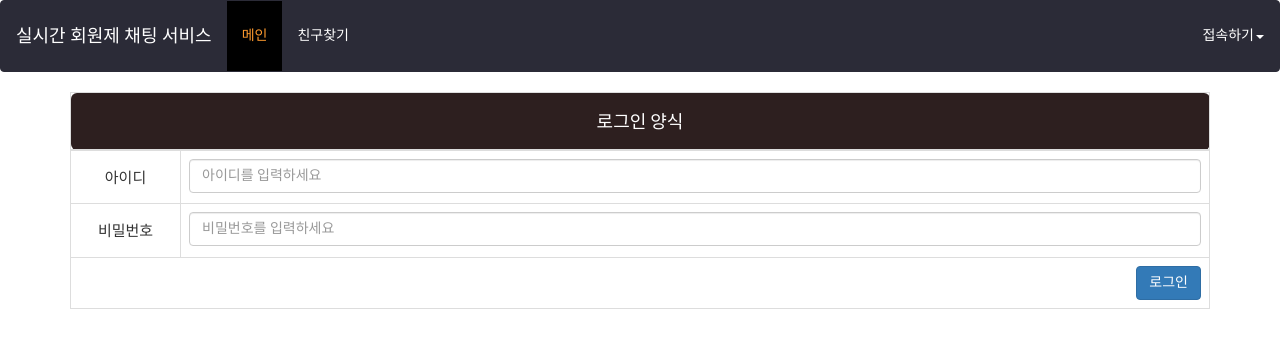
Repository: kkoseunghyun/javaAjaxChat
Page: http://localhost/UserChat/login.jsp
The author's editor kept a copy of each file at every save. The page is drawn from the files as they stood at one save, then again after the next save.
The browser window is 1280 px wide. The pictures show the whole page.
Some web fonts or font styles are not loaded; a fallback is used. Some web libraries are served in a nearby version. The page is served by Tomcat 9.

Above is the page before, as saved 2019-05-31 01:53:53.

After the next save:
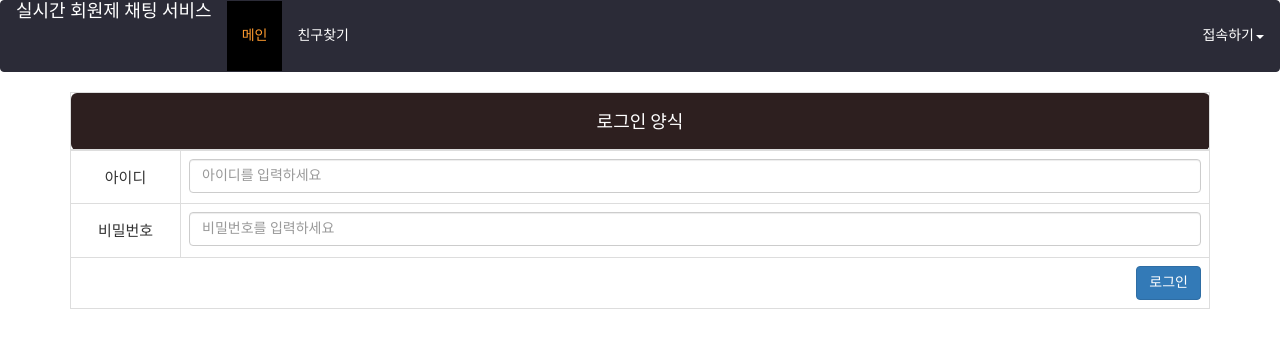
Saved 25 s later.
--- a/JspAjax/UserChat/WebContent/css/custom2.css
+++ b/JspAjax/UserChat/WebContent/css/custom2.css
@@ -22,7 +22,7 @@ a:hover{
 }
 .navbar-default .navbar-brand{ /* 내비게이션 제목 생상 */
     color: #ffffff;
-    padding-top: 25px;
+    padding-top: 0px;
     font-family: 'yg-jalnan';
 }
 .navbar-default .navbar-brand:hover,
